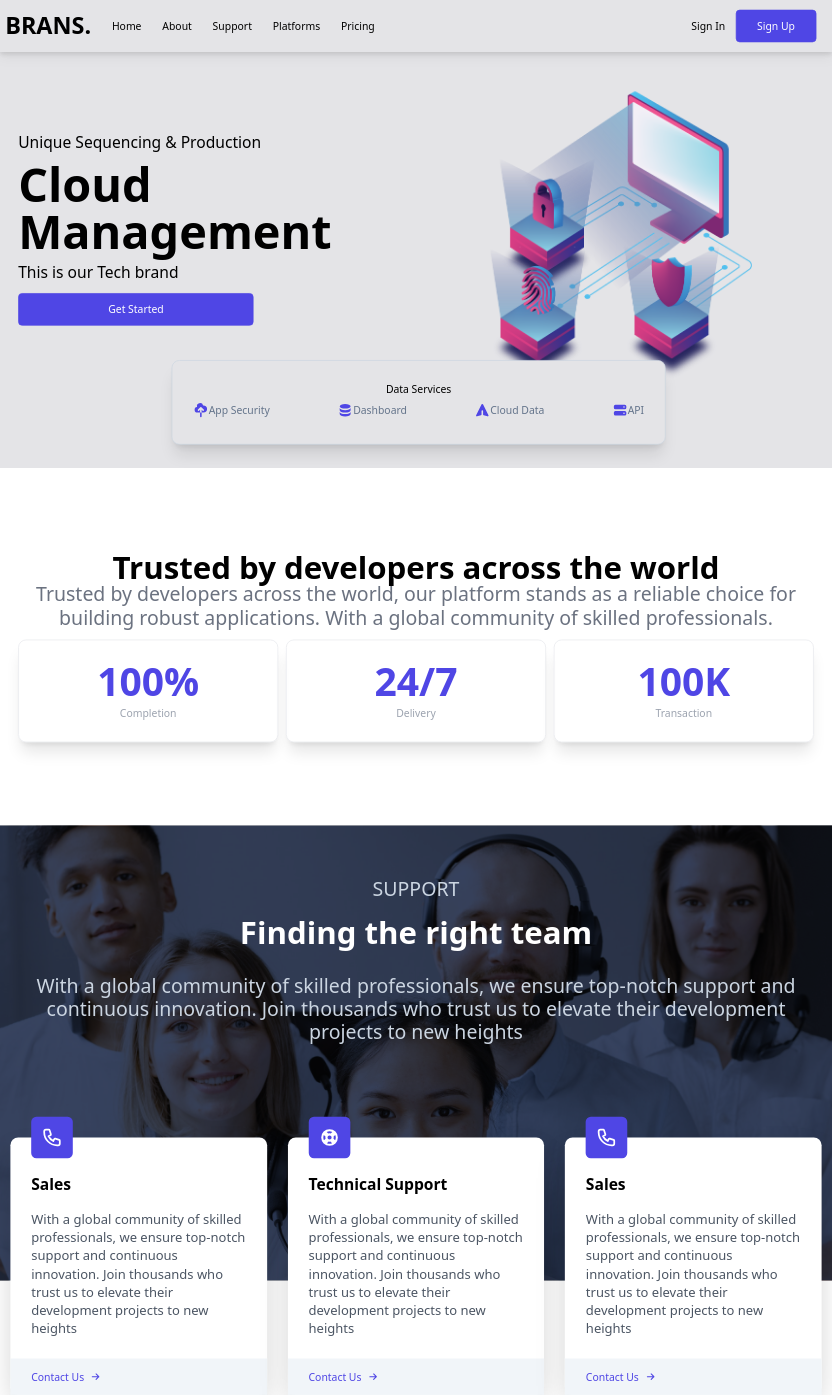
Repository: adrcstro/react-project-2
Page: /
These files come from the project's save history. The page is drawn as it stood at one moment and after the next save; the edit follows.
The browser window is 1280 px wide. The pictures show the whole page, at 65% of full size.
The project was rebuilt for these pictures with package versions that can differ from the ones it lists, and the page was loaded fresh each time.

Above is the page before, as saved 2024-08-15 20:41:53.

After the next save:
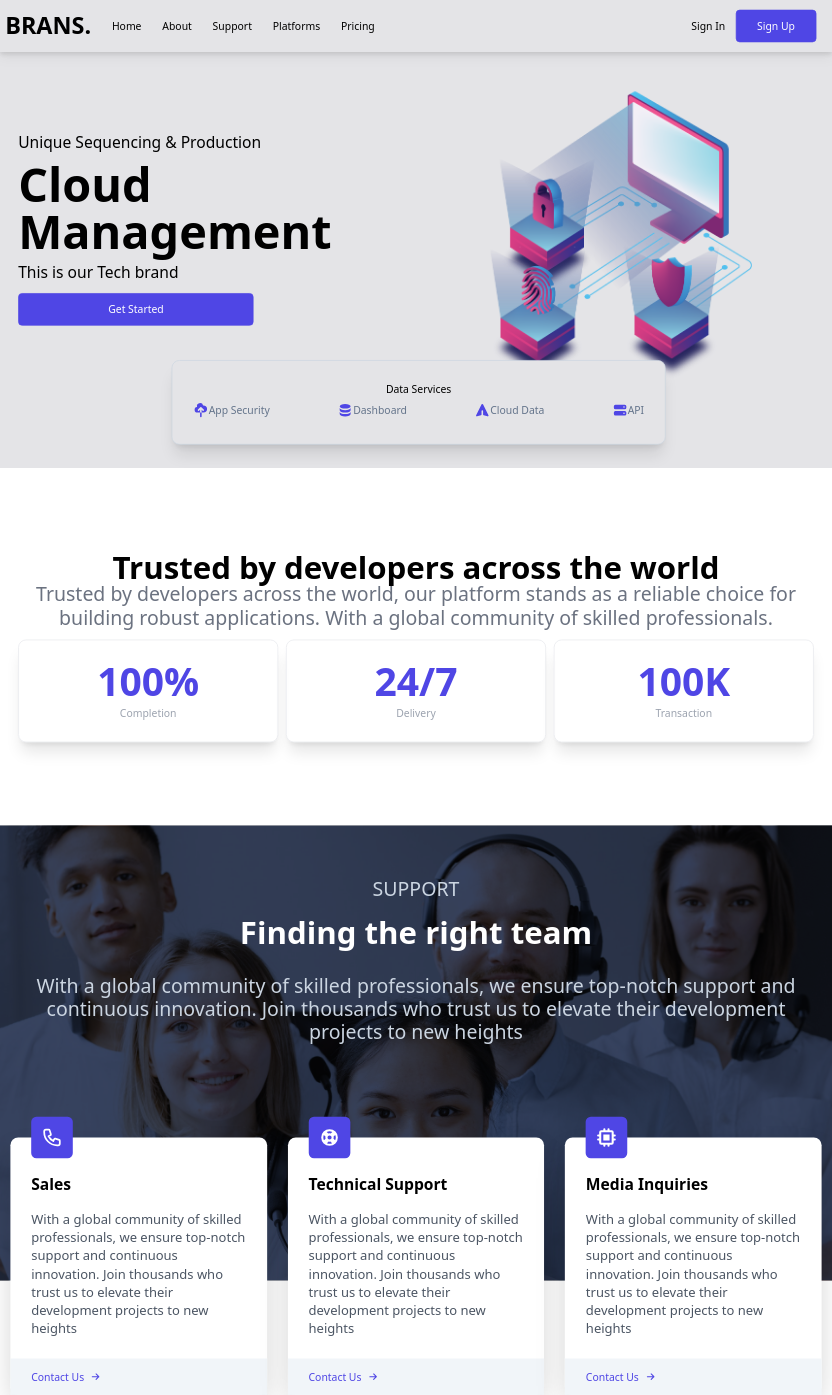
Saved 21 s later.
--- a/src/components/Support.jsx
+++ b/src/components/Support.jsx
@@ -41,8 +41,8 @@ function Support() {
             </div>
             <div className='bg-white rounded-xl shadow-2xl'>
                  <div className='p-8'>
-                    <PhoneIcon className='w-16 p-4 bg-indigo-600 text-white rounded-lg mt-[-4rem]'/>
-                    <h3 className='font-bold text-2xl my-6'>Sales</h3>
+                    <ChipIcon className='w-16 p-4 bg-indigo-600 text-white rounded-lg mt-[-4rem]'/>
+                    <h3 className='font-bold text-2xl my-6'>Media Inquiries</h3>
                     <p className='text-gray-600 text-xl '>With a global community of skilled professionals, we ensure top-notch support and continuous innovation. Join thousands who trust us to elevate their development projects to new heights</p>
                  </div>
                  <div className='bg-slate-100 pl-8 py-4'>
